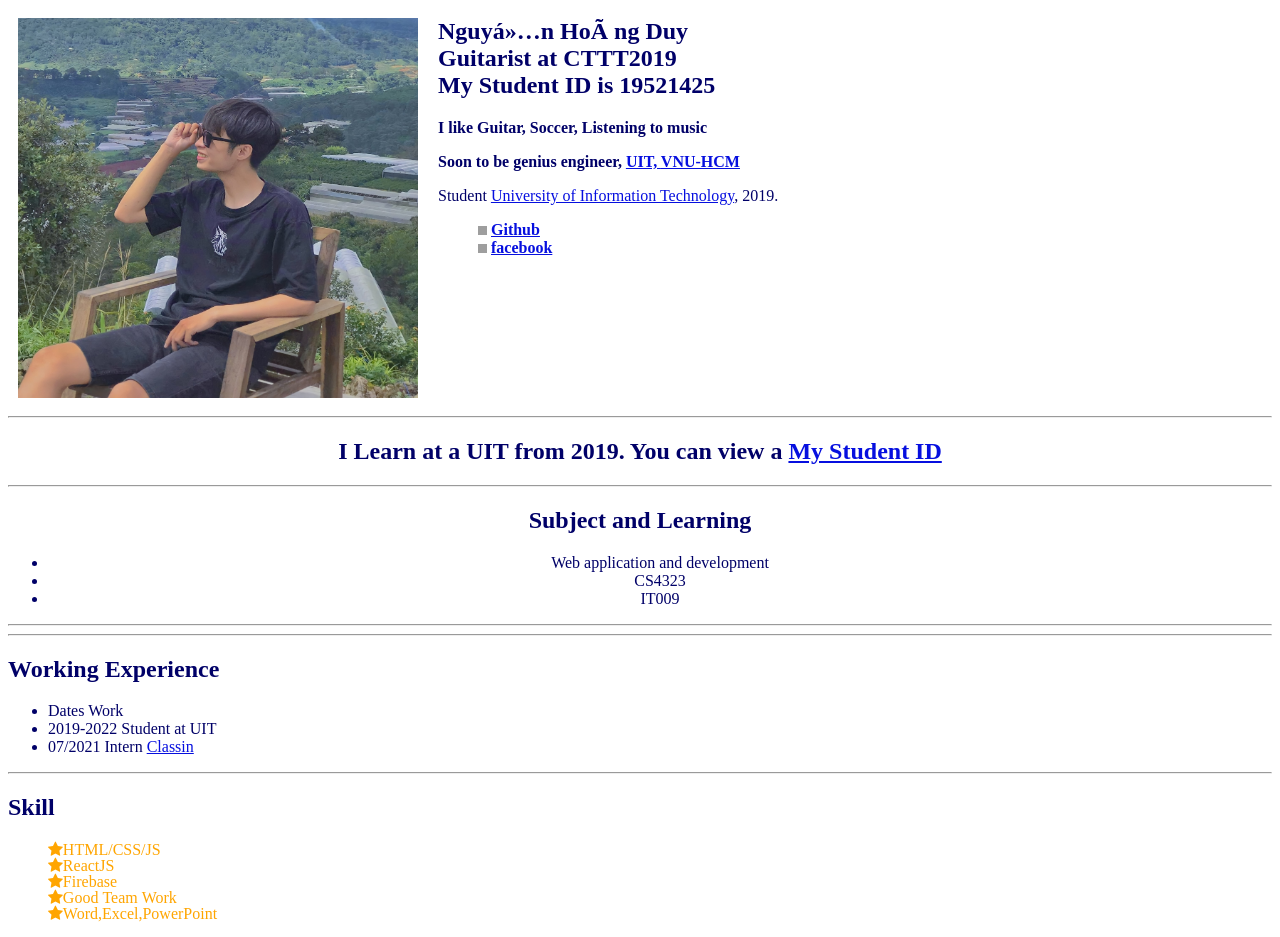
Repository: HoangDuy315/web-dev2022
Page: ex2.html
An editor plug-in stored every save of this project. The page is shown before and after the next save, followed by the edit.
The browser window is 1280 px wide. The pictures show the whole page.
Pictures or frames that could not be fetched are drawn as grey boxes.

Above is the page before, as saved 2022-09-22 15:17:19.

After the next save:
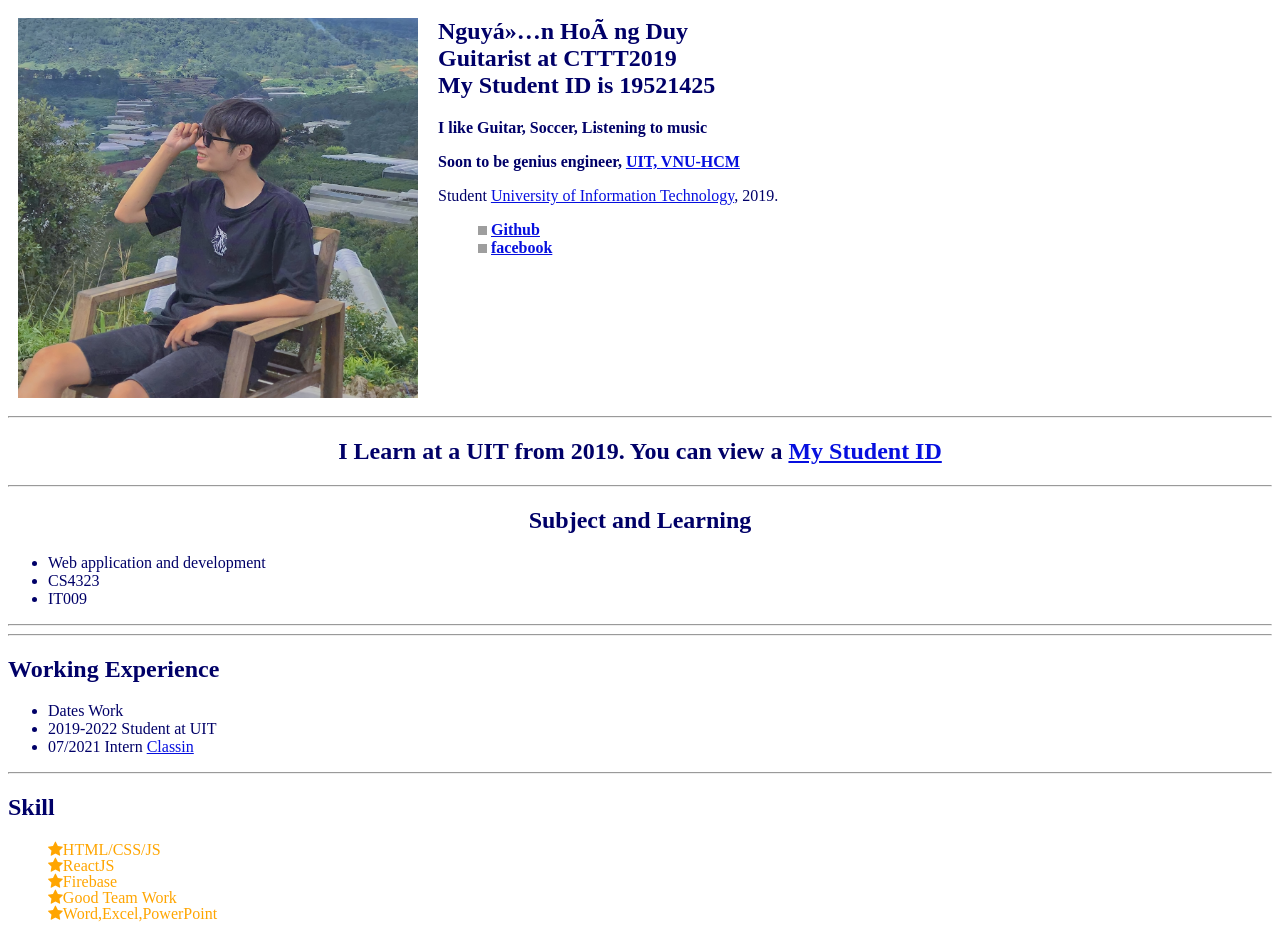
Saved 19 s later.
--- a/ex2.html
+++ b/ex2.html
@@ -59,7 +59,7 @@ Student <a href="https://www.uit.edu.vn/">University of Information Technology</
 
 <hr>
     <h2 class="yud">Subject and Learning</h2>
-    <ul class="yud">
+    <ul>
         <li>Web application and development</li>
         <li>CS4323</li>
         <li>IT009</li>
